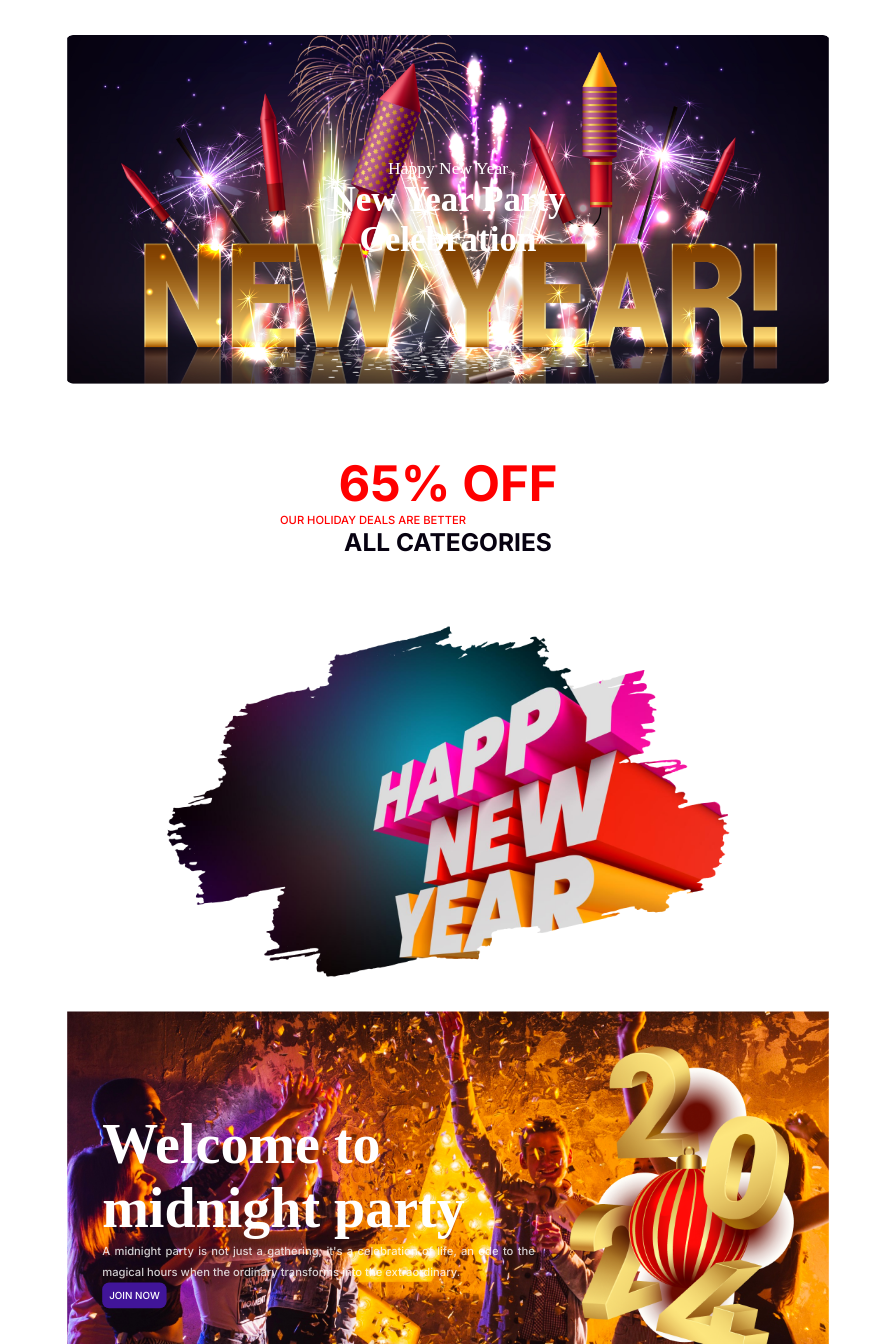
Repository: sumonkumarsarkar/new-year-2024
Page: index.html
An editor plug-in stored every save of this project. The page is shown before and after the next save, followed by the edit.
The browser window is 1280 px wide. The pictures show the part of the page from y = 0 to 1920 px (the page is 5583 px tall), at 70% of full size.

Above is the page before, as saved 2024-01-08 19:35:42.

### index.html
<!DOCTYPE html>
<html lang="en">
  <head>
    <meta charset="UTF-8" />
    <meta name="viewport" content="width=device-width, initial-scale=1.0" />
    <title>Happy Nwe Year-2024</title>
    <link rel="preconnect" href="https://fonts.googleapis.com" />
    <link rel="preconnect" href="https://fonts.gstatic.com" crossorigin />
    <link
      href="https://fonts.googleapis.com/css2?family=Inter:wght@100;200;300;500;600;700&display=swap"
      rel="stylesheet"
    />

    <link rel="stylesheet" href="https://cdnjs.cloudflare.com/ajax/libs/font-awesome/6.5.1/css/all.min.css" integrity="sha512-DTOQO9RWCH3ppGqcWaEA1BIZOC6xxalwEsw9c2QQeAIftl+Vegovlnee1c9QX4TctnWMn13TZye+giMm8e2LwA==" crossorigin="anonymous" referrerpolicy="no-referrer" />
    <link rel="stylesheet" href="/style.css" />
  </head>
  <body>
    <!-- banner-section start  -->
    <header>
      <div class="container banner">
        <div class="heading-text">
          <h4>Happy New Year</h4>
          <h3>New Year Party Celebration</h3>
        </div>
      </div>
    </header>
    <!-- banner-section end  -->

    <!-- holiday deal start  -->
    <section id="holiday-deal">
      <div class="container-holiday">
        <div class="holiday-text">
          <h2>65% OFF</h2>
          <p>OUR HOLIDAY DEALS ARE BETTER</p>
          <h4>ALL CATEGORIES</h4>
        </div>
        <div class="holiday-img">
          <img src="./image/New Year Photo.png" alt="" />
        </div>
      </div>
    </section>
    <!-- holiday deal end  -->

    <section id="midnight-section">
      <div class="container midnight-banner">
        <div class="midnight-content">
          <div class="midnight-text">
            <h3>Welcome to midnight party</h3>
            <p>
                A midnight party is not just a gathering; it's a celebration of life, an ode to the magical hours when the ordinary transforms into the extraordinary.
            </p>
            <button type="button">JOIN NOW</button>
          </div>
          <div class="midmight-img">
            <img src="./image/Group 70.png" alt="" />
          </div>
        </div>
      </div>
    </section>

     <!-- park hotel start  -->
<section id="park-hotel">
    <div class="container park-hotel-text">
     <p>  <span>Place:</span> New Park Hotel</p>
     <p><span>Date:</span> 31 December Night 2023</p>
     <p><span>Time:</span>Evening 7.30 pm to 12.30 am</p>
     <button class="park-hotel-button" type="button">JOIN NOW</button>
    </div>
</section>
 <!-- park hotel end  -->


 <!-- best offer start  -->
 <section id="best-offer">
    <div class="container best-banner">
        <div class="best-offer-text">
            <div class="offer-text">
                <h5>NEW BEST OFFER</h5>
                <h4>Coming Soon</h4>
                <p>As you step into the promising embrace of the new year, let our Best Offer be your guide to a year filled with excitement, luxury, and savings.</p>
            </div>
            <div class="offer-img">
                <img src="./image/Ellipse 1.png" alt="">
            </div>
            <div class="offer-text-img">
                <h3>2024</h3>
                <p>Prioritize your well-being in 2024 with our Wellness and Self-Care Packages</p>
                <img src="./image/Group 96.png" alt="">
            </div>

        </div>
    </div>
 </section>

 <!-- best offer end  -->

 <!-- holiday best offer start  -->

 <section id="holiday-offer">
    <div class="container">
        <div class="holiday-offer-text">
            <h5>WHAT IS FUNCTIONAL</h5>
            <h3><span>Holidays</span> Sale 50%</h3>
            <p>Step into the holiday gatherings in style with our Festive Fashion Flourish. Enjoy a fabulous 50% off on the latest trends in clothing, accessories, and party wear. Whether you're attending a virtual celebration or a cozy family get-together, make a statement with your holiday wardrobe while enjoying significant savings.</p>
        </div>

        <div class="holiday-img">
            <div class="div3">
                <img src="./image/Group 75.png" alt="">
            </div>
            <div class="div1">
                <img src="./image/Group 44.png" alt="">
            </div>
            <div class="div2">
                <img src="./image/Rectangle 1.png" alt="">
            </div>
            <div class="div4">
                <img src="./image/Rectangle 2.png" alt="">
            </div>
        </div>

    </div>
 </section>
 <!-- holiday best offer end  -->

 <!-- portfolio section start  -->

<section id="fortfolio">
    <div class="container">
        <div class="protfolio-text-image">
            <div class="protfolio-text">
                   <h5>THE BEST GIFTS</h5>
                   <h4>Our Awesome  Fashion shop</h4>
                   <p>Great! Based on our fashion shop items, specializing in shoes and bags, how about the name "SoleStyle & Carry Chic"? This name reflects the combination of footwear (sole) and fashionable accessories (carry chic). If you have any specific themes, styles, or preferences, feel free to provide more details for a more personalized suggestion! </p>
            </div>
            <div class="protfolio-image">
                <div class="image-div">
                    <img src="./image/Rectangle 3.png" alt="">
                    <img src="./image/Rectangle 4.png" alt="">
                    <img src="./image/Rectangle 5.png" alt="">
                </div>
                <div class="image-div">
                    <img src="./image/Rectangle 6.png" alt="">
                    <img src="./image/Rectangle 7.png" alt="">
                    <img src="./image/Rectangle 8.png" alt="">
                </div>

            </div>
        </div>
    </div>
</section>
 <!-- portfolio section end -->



 <section id="subscribe">
    <div class="container subscribe-banner">
        <div class="subscribe-content">
           <div class="subscribe-image">
            <img src="./image/Group 61.png" alt="">
           </div>
           <div class="subscribe-text">
            <h3>Subscribe Newsletter</h3>
            <p>As a subscriber, you gain access to exclusive designs and limited editions that are not available to the general public. Be the first to flaunt the latest releases and showcase your fashion-forward sensibilities. With our subscription, you're not just following trends; you're setting them.</p>
           </div>

           <div class="subscribe-input">
            <input  type="email" placeholder="user@gmail.com">
            <button class="subscribe-button" type="submit">subscribe</button>
           </div>
        </div>
    </div>
 </section>

 <footer>
    <div class="footer-cntainer">
        <div class="footer-text">
            <div class="nornal-text">
                <p>44, Big Building Roosevelt Street</p>
                    <p>Beach Gardens Florida 33410</p>
            </div>
            <div class="icon-text">
                <p><span><i class="fa-solid fa-phone"></i></span> +00 123 584 124</p>
                <p><span><i class="fa-solid fa-globe"></i></span>www.website.com</p>
            </div>
        </div>
        <hr>
        <div class="icon-img">
           <img src="./image/Facebook.png" alt="">
           <img src="./image/Instagram.png" alt="">
           <img src="./image/Twitter.png" alt="">
           <img src="./image/Linkedin.png" alt="">
        </div>
       <div class="footer-last-text">
         <p>017, All Rights Reserved</p>
          <p>unsubscribe</p>
       </div>

    </div>
 </footer>


  </body>
</html>

### style.css
* {
    margin: 0;
    padding: 0;
}

body {
    font-family: "Inter", sans-serif;
    width:100%;
    max-width:1320px;
}

/* banner section end  */
.container{
    max-width:1240px;
    width: 85%;
    margin: 50px auto;
}

.banner {
    background-image: url(./image/Banner\ Image.png);
    background-position: center;
    background-repeat: no-repeat;
    background-size: cover;
}

.heading-text {
    text-align: center;
    justify-content: center;
    padding: 177px 300px;
}

.heading-text h3 {
    color: #fff;
    text-align: center;
    font-family: Merriweather;
    font-size: 50px;
    font-style: normal;
    font-weight: 900;
}

.heading-text h4 {
    color: #fff;
    text-align: center;
    font-family: Merriweather;
    font-size: 25px;
    font-style: normal;
    font-weight: 400;
    line-height: normal;
}

/* banner section end  */

/* holiday -section start  */
.container-holiday {
    width: 85%;
    max-width:680px;
    margin: 0 auto;
}

.holiday-text {
    text-align: center;

    padding: 50px 50px;
    margin: 50px;
}

.holiday-text h2 {
    color: #f00;
    text-align: center;
    font-family: Inter;
    font-size: 70px;
    font-style: normal;
    font-weight: 700;
    line-height: normal;
}

.holiday-text p {
    color: #f00;

    text-align: center;
    font-family: Inter;
    font-size: 16px;
    font-style: normal;
    font-weight: 500;
    line-height: normal;
    text-align: justify;
}

.holiday-text h4 {
    color: #070211;

    text-align: center;
    font-family: Inter;
    font-size: 35px;
    font-style: normal;
    font-weight: 700;
    line-height: normal;
}

.holiday-img {
    text-align: center;
    justify-content: center;
    width: 680px;
    height: 500px;
}

/* holiday -section start  */

/* midnight party start  */

.midnight-banner {
    background-image: url("./image/Vectorrr.png");
    background-position: center;
    background-repeat: no-repeat;
    background-size: cover;
}

.midnight-content {
    display: flex;
    justify-content: space-between;
    align-items: center;
}

.midnight-text {
    padding: 50px 0px 50px 50px;
    align-items: center;
}

.midnight-text h3 {
    align-items: center;
    color: #fff;
    font-family: Merriweather;
    font-size: 80px;
    font-style: normal;
    font-weight: 900;


}

.midnight-text p {
color: rgba(255, 255, 255, 0.80);
font-family: Inter;
font-size: 16px;
font-style: normal;
font-weight: 400;
line-height: 30px;
text-align: justify;
}

button {
    color: #FFF;
    text-align:center;
    font-family: Inter;
    font-size: 14px;
    font-style:normal;
    font-weight: 400;
    line-height: normal;
    text-transform:uppercase;
    background:#411599;
    border-radius: 10px;
    border:none;
    padding: 10px 10px;
}
button:hover{
    background: skyblue;
    transition: 1s;

}

.midmight-img{
    padding:50px 50px ;
}

/* midnight party end */




/* park hotel start */

.park-hotel-text{
 background: linear-gradient(180deg, rgba(255, 0, 0, 0.10) 0%, rgba(255, 0, 0, 0.00) 100%);
 text-align: center;
 margin:0 auto;
 padding: 100px 0px;
}

.park-hotel-button{
color: #FFF;
text-align: center;
font-family: Inter;
font-size: 13px;
font-style: normal;
font-weight: 700;
line-height: normal;
text-transform: uppercase;
background:#411599;
margin-top: 20px;


}
/* park hotel end */


/* best offer start  */

.best-offer-text{
    display: flex;
    justify-content: space-between;
    align-items: center;
}
.best-banner{
    background: #FFF;
    margin-top: 50px;
}
.offer-text h5{
color: #F00;
font-family: Inter;
font-size: 16px;
font-style: normal;
font-weight: 500;
line-height: normal;
}
.offer-text h4{
    color: #070211;
    font-family: Merriweather;
    font-size:30px;
    font-style: normal;
    font-weight: 900;
    line-height: normal;
    text-transform: capitalize;
}
.offer-text p{
color: rgba(7, 2, 17, 0.60);
font-family: Inter;
font-size: 16px;
font-style: normal;
font-weight: 400;
padding: 10px 100px 10px 0px;
text-align: justify;

}
.offer-img img{
border-radius:200px;
border: 10px solid #F00;
padding: 10px;
width: 250px;

}
.offer-text-img{
    text-align: center;

}
.offer-text-img h3{
font-size: 48px;
font-style: normal;
font-weight: 700;
line-height: normal;
color: #f00;
padding-bottom: 20px;

}
.offer-text-img p{
    color: rgba(7, 2, 17, 0.60);

    font-family: Inter;
    font-size: 16px;
    font-style: normal;
    font-weight: 400;
    padding-bottom: 20px;
    text-align: justify;

}



/* best offer end */

 /* holiday offer section start  */
.holiday-offer-text{
    text-align: center;
}
.holiday-offer-text h5{
font-size: 16px;
font-style: normal;
font-weight: 500;
line-height: normal;
padding: 5px 200px;
}
.holiday-offer-text h3{
    color: #070211;
    font-family: Merriweather;
    font-size: 40px;
    font-style: normal;
    font-weight: 900;
    line-height: normal;
    padding: 5px 200px;
}
.holiday-offer-text p{
color: rgba(7, 2, 17, 0.60);
text-align: center;
font-family: Inter;
font-size: 16px;
font-style: normal;
font-weight: 500;
padding: 5px 100px;
text-align: justify;
}
span{
    color: #f00;
}

.holiday-img{
display: flex;
position:relative;
}
.holiday-img .div1 img{
position: relative;
z-index: 1;
top:90px;
right:-100px;

}
.holiday-img .div2 img{
    position: absolute;
    width:500px;
    height: 400px;


}
.holiday-img .div3 img{
    position: absolute;
    left:0;
    top:200px;
    width:400px;
    z-index: 1;
}
.holiday-img .div4 img{
    position:absolute;
    left:0;
    top:400px;
    width:995px;
    height: 105px;


}
#holiday-offer{
     margin-bottom: 50px;
}








 /* holiday offer section end  */

/* portfolio section start  */

.protfolio-text h5{
color: #F00;
font-family: Inter;
font-size: 16px;
font-style: normal;
font-weight: 500;
line-height: normal;
margin-bottom: 10px;

}
.protfolio-text h4{
    color: #070211;
    font-family: Merriweather;
    font-size: 30px;
    font-style: normal;
    font-weight: 900;
    line-height: normal;
    text-transform: capitalize;
    margin-bottom: 10px;
}
.protfolio-text p{
color: rgba(7, 2, 17, 0.60);
font-family: Inter;
font-size: 16px;
font-style: normal;
font-weight: 400;
line-height: 32px;
margin-bottom: 10px;
text-align: justify;
}
.image-div{
    display: flex;
    justify-content:space-between;
    margin: 10px 0;

}

.image-div img{
   width:350px;
   height: 350px;

}
/* portfolio section end  */


/* subscribe section start  */

.subscribe-banner{
border-radius:16px;
background: rgba(255, 0, 0, 0.05);

}
.subscribe-content{
padding:100px 0;
text-align: center;
}
.subscribe-text h3{
color: #070211;
text-align: center;
font-family: Merriweather;
font-size:40px;
font-style: normal;
font-weight: 900;
line-height: normal;
text-transform: capitalize;
}
.subscribe-text p{
    color: rgba(7, 2, 17, 0.60);
    text-align: center;
    font-family: Inter;
    font-size: 16px;
    font-style: normal;
    font-weight: 400;
    line-height: 32px;
    padding: 10px 100px;
    text-align: justify;
}

.subscribe-button{
color: #FFF;
text-align: center;
font-family: Inter;
font-size: 18px;
font-style: normal;
font-weight: 600;
line-height: normal;
text-transform: capitalize;
background: #F00;
border-radius:0px 50px 50px 0px;
padding: 13px;

}

.subscribe-input input{
display:inline-block;
border:none;
padding:15px;
width: 250px;
border-radius:50px 0px 0px 50px;
}
/* subscribe section end  */



/* footer section start  */
.footer-cntainer{
    width:100%;
    max-width:1320px;
    background: #070211;


}
.nornal-text p{
font-size: 16px;
font-style: normal;
font-weight: 500;
line-height: 40px;
color: #FFF;
text-align: justify;
}
.footer-text{
    display: flex;
    margin: 0 auto;
    justify-content: space-around;
    padding:50px 100px;


}
.icon-img{
    display: flex;
    justify-content: center;
    align-items: center;
    margin-top:50px;
}
.icon-img img{
    margin: 10px;
}
.icon-text{
 font-size: 16px;
font-style: normal;
font-weight: 500;
line-height: 40px;
color: #FFF;
}

.footer-last-text{
    display: flex;
    justify-content: space-between;
}
.footer-last-text p{
padding: 100px;
font-size: 16px;
font-style: normal;
font-weight: 500;
line-height: normal;
color: #FFF;
text-align: justify;
}
hr{
    width: 50%;
    color: #19065d;
    margin: 0 auto;

}

/* footer section end  */

After the next save:
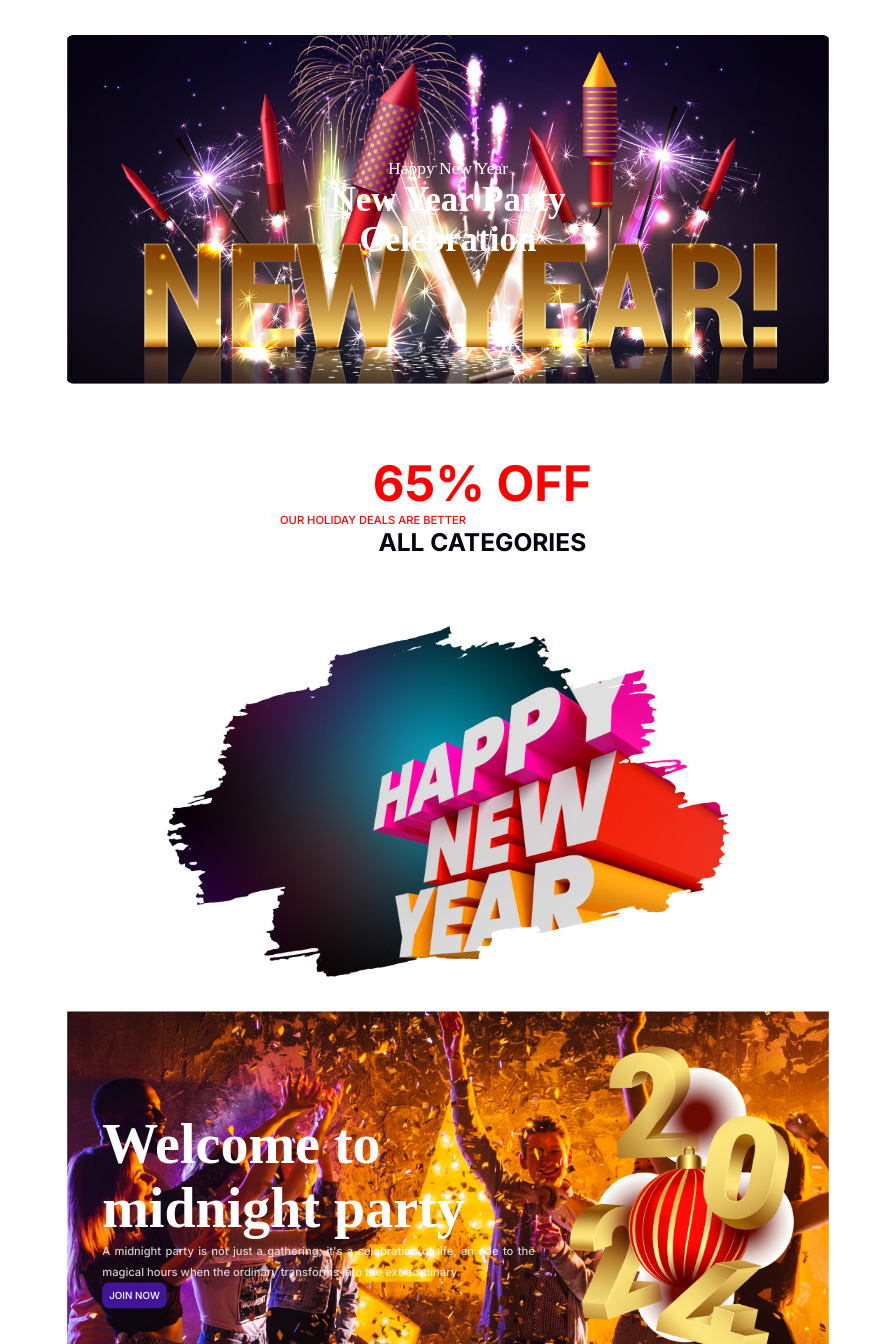
Saved 28 s later.
--- a/style.css
+++ b/style.css
@@ -58,8 +58,10 @@
 }
 
 .holiday-text {
-    text-align: center;
-
+    align-items:center;
+    max-width:1240px;
+    width: 85%;
+    margin: 50px auto;
     padding: 50px 50px;
     margin: 50px;
 }

After the 2 saves that followed:
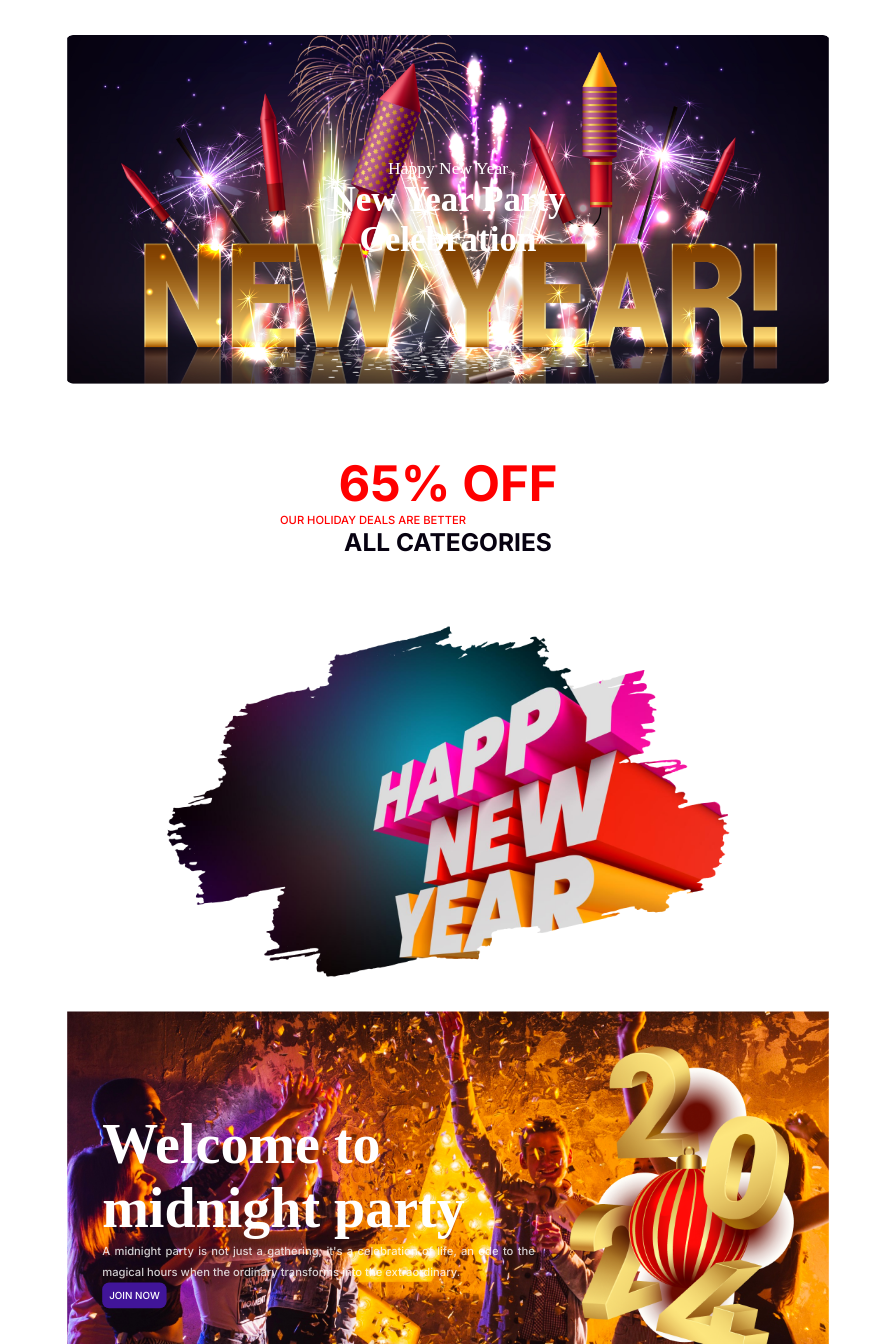
The 2 saves are shown as one change because 1 left the picture as it was.
The last was saved 69 s later.
--- a/style.css
+++ b/style.css
@@ -52,15 +52,15 @@
 
 /* holiday -section start  */
 .container-holiday {
-    width: 85%;
+
     max-width:680px;
     margin: 0 auto;
 }
 
 .holiday-text {
-    align-items:center;
-    max-width:1240px;
-    width: 85%;
+  text-align:center;
+
+    max-width:680px;
     margin: 50px auto;
     padding: 50px 50px;
     margin: 50px;
